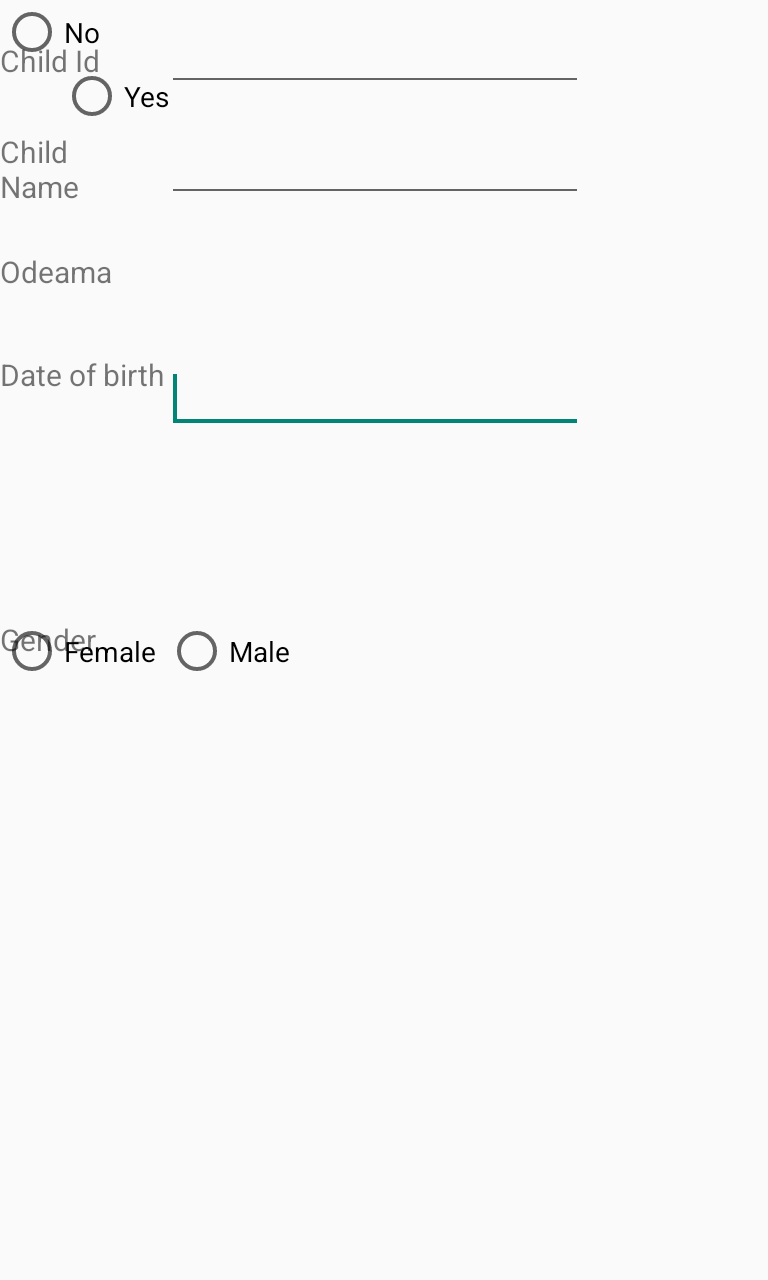
Repository: Team-7/hopeworldwide
Layout: workspace/HopeWWdatabase/res/layout/activity_main.xml
The author's editor kept a copy of each file at every save. The layout is drawn from the files as they stood at one save, then again after the next save.
It is drawn on a 768 x 1280 px phone screen (xhdpi) without system bars, with theme AppTheme; the app's code is not run.

Above is the layout before, as saved 2014-04-10 09:11:50.

After the next save:
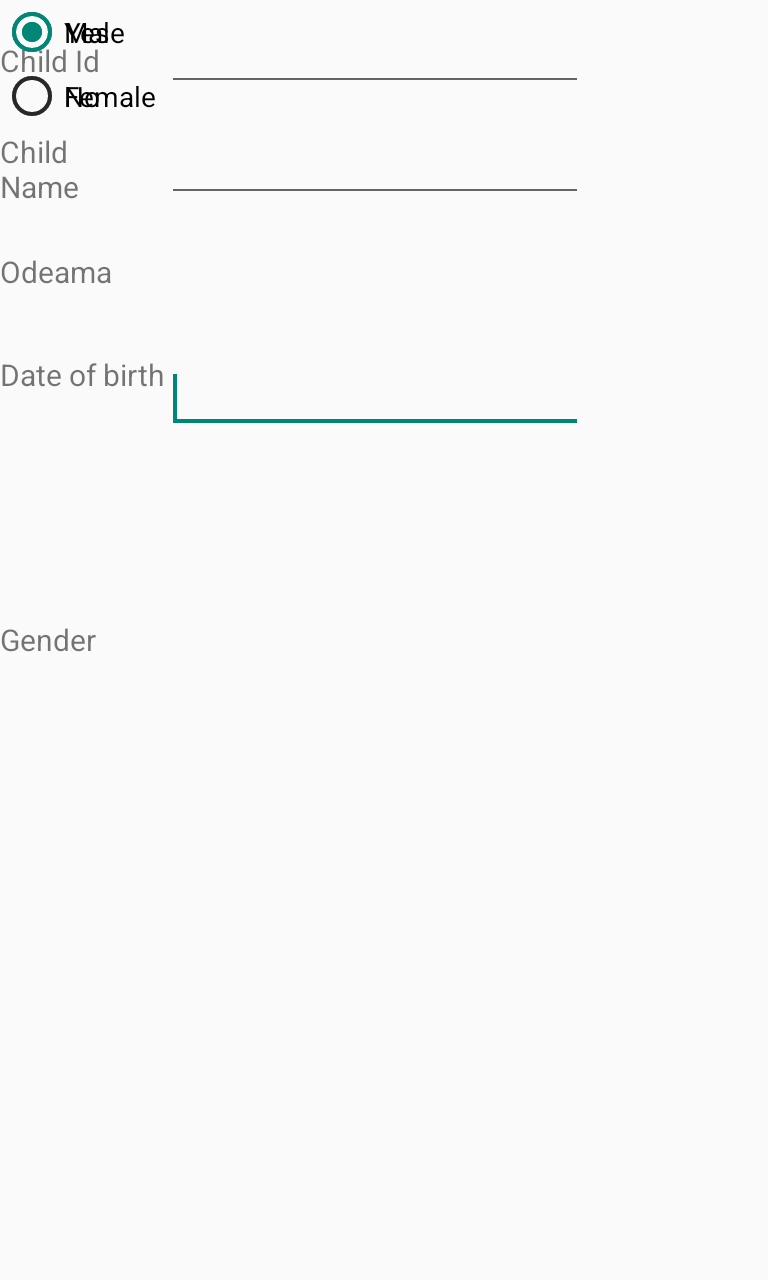
Saved 2 min 59 s later.
--- a/workspace/HopeWWdatabase/res/layout/activity_main.xml
+++ b/workspace/HopeWWdatabase/res/layout/activity_main.xml
@@ -78,27 +78,21 @@
             android:ems="10"
             android:inputType="textPersonName" />
 <RadioGroup
-    	android:id="@+id/radioGender"
+    	android:id="@+id/radioOdeama"
         android:layout_width="wrap_content"
         android:layout_height="wrap_content" >
         <RadioButton
-            android:id="@+id/radioButton2"
-            android:layout_width="wrap_content"
-            android:layout_height="wrap_content"
-            android:layout_alignBaseline="@+id/radioButton1"
-            android:layout_alignBottom="@+id/radioButton1"
-            android:layout_alignRight="@+id/editText2"
-            android:layout_marginRight="24dp"
-            android:text="No" />
+                    android:id="@+id/genderMale"
+                    android:layout_width="wrap_content"
+                    android:layout_height="wrap_content"
+                    android:text="Yes"
+                    android:checked="true" />
 
-        <RadioButton
-            android:id="@+id/radioButton1"
-            android:layout_width="wrap_content"
-            android:layout_height="wrap_content"
-            android:layout_above="@+id/textView4"
-            android:layout_alignLeft="@+id/editText2"
-            android:layout_marginLeft="30dp"
-            android:text="Yes" />
+                <RadioButton
+                    android:id="@+id/genderFemale"
+                    android:layout_width="wrap_content"
+                    android:layout_height="wrap_content"
+                    android:text="No" />
   </RadioGroup>
 
         <EditText
@@ -113,21 +107,24 @@
             <requestFocus />
         </EditText>
 
+       <RadioGroup
+    	android:id="@+id/radioGender"
+        android:layout_width="wrap_content"
+        android:layout_height="wrap_content" >
         <RadioButton
-            android:id="@+id/radioButton3"
-            android:layout_width="wrap_content"
-            android:layout_height="wrap_content"
-            android:layout_alignTop="@+id/textView5"
-            android:layout_toRightOf="@+id/textView4"
-            android:text="Male" />
+                    android:id="@+id/genderMale"
+                    android:layout_width="wrap_content"
+                    android:layout_height="wrap_content"
+                    android:text="Male"
+                    android:checked="true" />
 
-        <RadioButton
-            android:id="@+id/radioButton4"
-            android:layout_width="wrap_content"
-            android:layout_height="wrap_content"
-            android:layout_alignBottom="@+id/radioButton3"
-            android:layout_toRightOf="@+id/radioButton1"
-            android:text="Female" />
+                <RadioButton
+                    android:id="@+id/genderFemale"
+                    android:layout_width="wrap_content"
+                    android:layout_height="wrap_content"
+                    android:text="Female" />
+  </RadioGroup>
+
 
     </RelativeLayout>
 
